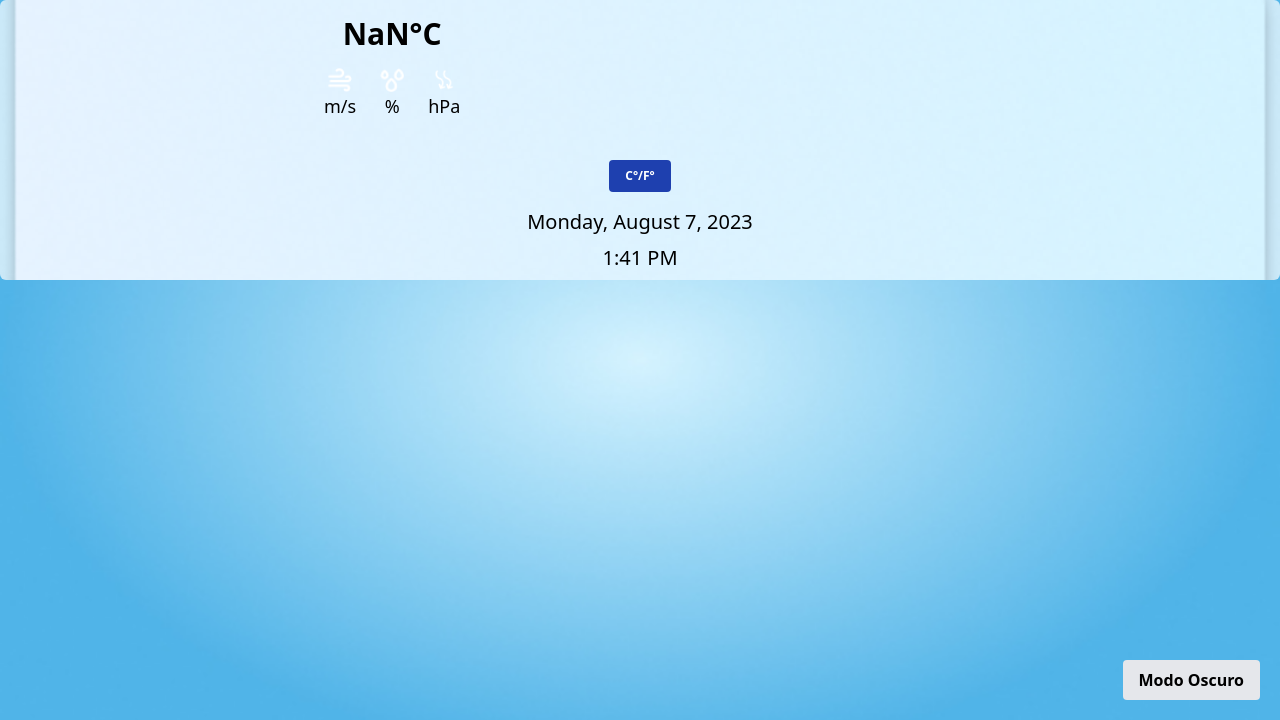
Repository: LukasMoyano/WeatherApp-_-LukasMoyano-_-V-_4.0_6.6.6
Page: /
These files come from the project's save history. The page is drawn as it stood at one moment and after the next save; the edit follows.
The browser window is 1280 px wide. The pictures show the whole page.
The page's requests for data from a server got no answer. The project was rebuilt for these pictures with package versions that can differ from the ones it lists, and the page was loaded fresh each time. No one was signed in, and anything a server would have sent is missing. Also part of the build but not shown: vite.config.js.

Above is the page before, as saved 2023-08-07 14:14:32.

After the next save:
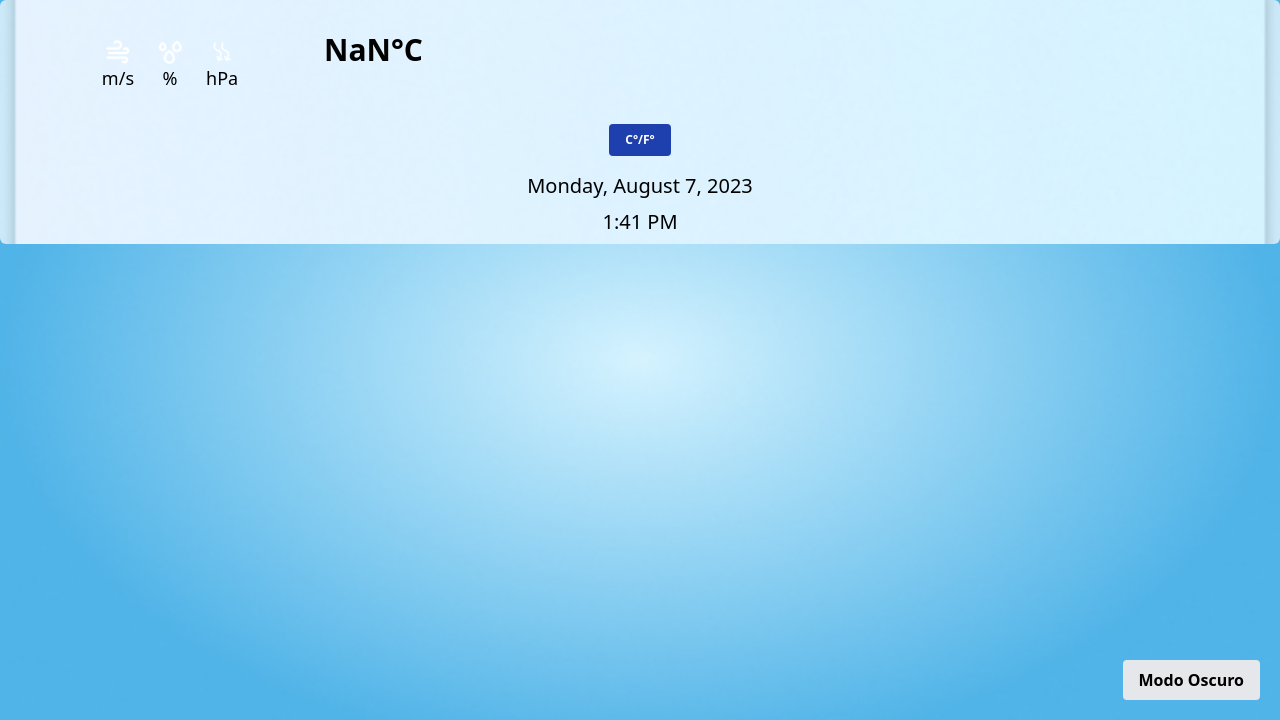
Saved 5 min 45 s later.
--- a/src/components/Weather.jsx
+++ b/src/components/Weather.jsx
@@ -56,26 +56,10 @@ const Weather = ({ weatherInfo, isDarkMode }) => {
           <h2 className="text-2xl font-bold mb-4">{weatherInfo?.name}</h2>
           {/* País */}
           <p className="text-xl mb-2">{weatherInfo?.sys?.country}</p>
-          {/* Icono del Clima */}
-          <div className="absolute">
-            {weatherInfo?.weather[0].icon ? (
-              <img
-                src={`https://openweathermap.org/img/wn/${weatherInfo?.weather[0].icon}@4x.png`}
-                alt="Weather Icon"
-                className="mx-auto h-24"
-              />
-            ) : null}
-          </div>
-        </div>
-        {/* Columna Derecha */}
-        <div className="flex flex-col items-center justify-center">
-          {/* Temperatura Actual */}
-          <div
-            className={`text-3xl font-bold font-lato ${isDarkMode ? "text-white" : "text-black"
-              }`}
-          >
-            {convertTemperature(weatherInfo?.main.temp)}
-          </div>
+
+
+
+
           {/* Detalles del Clima */}
           <div className="flex justify-center space-x-6 mt-4">
             {/* Velocidad del Viento */}
@@ -102,13 +86,42 @@ const Weather = ({ weatherInfo, isDarkMode }) => {
               <span className="text-lg">{weatherInfo?.main.pressure}hPa</span>
             </div>
           </div>
-          {/* Descripción del Clima */}
+
+
+
+
+          {/* Icono del Clima */}
+          <div className="absolute">
+            {weatherInfo?.weather[0].icon ? (
+              <img
+                src={`https://openweathermap.org/img/wn/${weatherInfo?.weather[0].icon}@4x.png`}
+                alt="Weather Icon"
+                className="mx-auto h-24"
+              />
+            ) : null}
+          </div>
+        </div>
+        {/* Columna Derecha */}
+        <div className="flex flex-col items-center justify-center">
+          {/* Temperatura Actual */}
+          <div
+            className={`text-3xl font-bold font-lato ${isDarkMode ? "text-white" : "text-black"
+              }`}
+          >
+            {convertTemperature(weatherInfo?.main.temp)}
+          </div>
+
+
+
+          {/* Imagen Logo Descripción del Clima */}
           <h3
             className={`${isDarkMode ? "text-white" : "text-black"
               } font-lato text-2xl font-light text-center mt-4`}
           >
             {weatherInfo?.weather[0].description}
           </h3>
+
+
         </div>
       </section>
 
